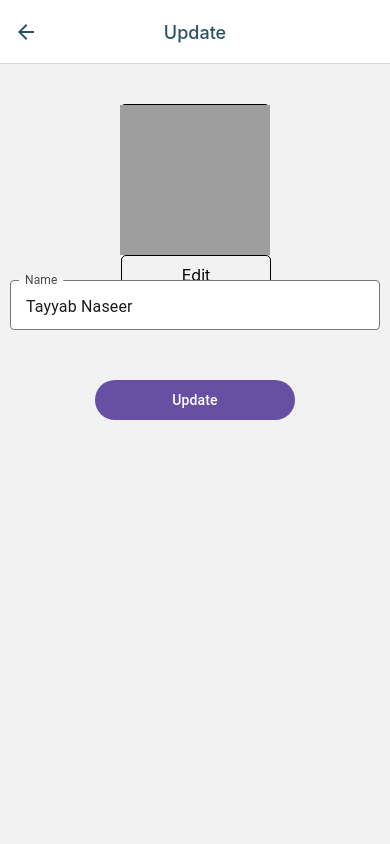
Repository: SaudCh/Expo-Pethub
Screen: /UpdateProfile
These files come from the project's save history. The screen is drawn as it stood at one moment and after the next save; the edit follows.
Pictures or frames that could not be fetched are drawn as grey boxes. The app was drawn by React Native's web renderer in a window 390 px wide. The project was rebuilt for these pictures with package versions that can differ from the ones it lists, and the page was loaded fresh each time. Also part of the build but not shown: Screens/Signup.js, Screens/Home.js, Screens/Profile.js, Components/Avatar.js.

Above is the screen before, as saved 2022-11-15 00:35:50.

After the next save:
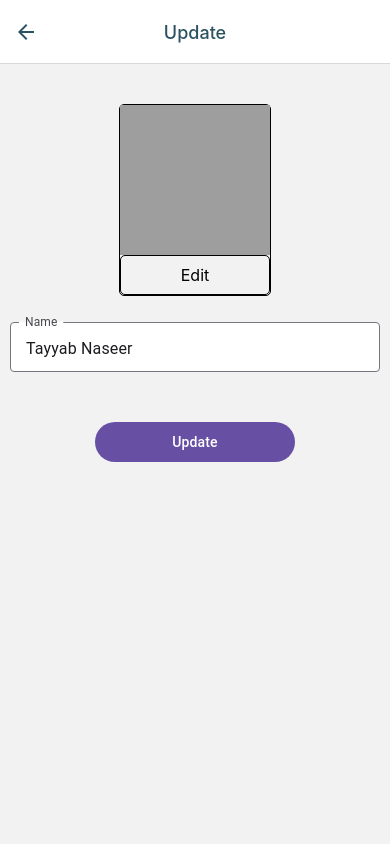
Saved 16 s later.
--- a/Screens/UpdateProfile.js
+++ b/Screens/UpdateProfile.js
@@ -7,7 +7,7 @@ export default function Profile() {
     const navigation = useNavigation();
     return (
         <View style={{ flex: 1, margin: 10 }}>
-            <View style={{ alignSelf: 'center', marginTop: 30, width: 150, height: 150, borderWidth: 1, borderRadius: 5 }}>
+            <View style={{ alignSelf: 'center', marginTop: 30, borderWidth: 1, borderRadius: 5 }}>
                 <Image
                     style={styles.image}
                     source={{
@@ -29,27 +29,27 @@ export default function Profile() {
             </View>
 
 
-                <Button onPress={() => navigation.goBack()} mode='contained' style={{ width: 200, alignSelf: 'center', marginTop: 50 }}>
-                    Update
-                </Button>
-            </View>
-            )
+            <Button onPress={() => navigation.goBack()} mode='contained' style={{ width: 200, alignSelf: 'center', marginTop: 50 }}>
+                Update
+            </Button>
+        </View>
+    )
 }
 
-            const styles = StyleSheet.create({
-                image: {
-                width: 150,
-            height: 150,
-            alignSelf: 'center',
-            resizeMode: "cover"
+const styles = StyleSheet.create({
+    image: {
+        width: 150,
+        height: 150,
+        alignSelf: 'center',
+        resizeMode: "cover"
     },
-            editIcon: {
-                width: 150,
-            height: 40,
-            borderWidth: 1,
-            borderRadius: 5,
-            alignItems: "center",
-            justifyContent: "center",
+    editIcon: {
+        width: 150,
+        height: 40,
+        borderWidth: 1,
+        borderRadius: 5,
+        alignItems: "center",
+        justifyContent: "center",
 
     }
 
